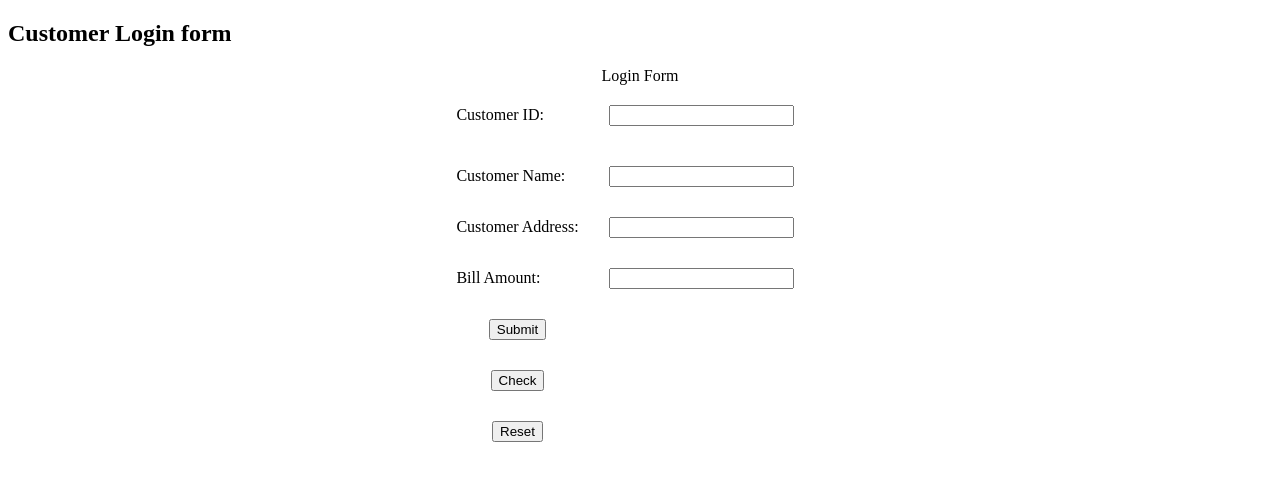
Repository: abhishek110597/Deloitte
Page: Workspace/JavaTraining/CustomerForm.html
An editor plug-in stored every save of this project. The page is shown before and after the next save, followed by the edit.
The browser window is 1280 px wide. The pictures show the whole page.

Above is the page before, as saved 2019-12-30 09:05:02.

### Workspace/JavaTraining/CustomerForm.html
<!DOCTYPE html>
<html>
<head>
<meta charset="ISO-8859-1">
<title>Customer login form</title>
<script type="text/javascript">
	function validate() {
		var customerId = document.getElementById("customerId").value
		var customerName = document.getElementById("customerName").value
		var customerAddress = document.getElementById("customerAddress").value
		var billAmount = document.getElementById("billAmount").value
		var errorCustomerId = document.getElementById("errorCustomerId")
		var errorCustomerName = document.getElementById("errorCustomerName")
		var errorCustomerAddress = document
				.getElementById("errorCustomerAddress")
		var errorbillAmount = document.getElementById("errorbillAmount")

		if (customerId == 0 || customerId.length < 6) {
			errorCustomerId.innerHTML = "<font color='red'>Invalid CustomerID, Must have atleast 6 characters"
		} else
			errorCustomerId.innerHTML = ""


		if (customerAddress == "Pune" || customerAddress == "Mumbai"|| customerAddress == "Delhi") {
			errorCustomerAddress.innerHTML = ""
		} else if (customerAddress == 0) {
			errorCustomerAddress.innerHTML = "<font color='red'>Enter the city"
		} else
			errorCustomerAddress.innerHTML = "<font color='red'>Invalid City"


		if (customerName == 0) {
			errorCustomerName.innerHTML = "<font color='red'>Invalid Customer Name"
		} else
			errorCustomerName.innerHTML = ""


		if (billAmount <=0) {
			errorbillAmount.innerHTML = "<font color='red'>Invalid Bill Amount"
		} else
			errorbillAmount.innerHTML = ""

	}
</script>
</head>
<body>
	<form>
		<h2>Customer Login form</h2>
		<table cellspacing="10" cellpadding="10" border="0" align="center">
			<caption>Login Form</caption>
			<tr>
				<td>Customer ID:</td>
				<td><input type="text" name="customerId" id="customerId" /></td>
				<td><span id="errorCustomerId"></span></td>
			</tr>
			<tr>
			<tr>
				<td>Customer Name:</td>
				<td><input type="text" name="customerName" id="customerName" /></td>
				<td><span id="errorCustomerName"></span></td>
			</tr>
			<tr>
				<td>Customer Address:</td>
				<td><input type="text" name="customerAddress"
					id="customerAddress" /></td>
				<td><span id="errorCustomerAddress"></span></td>
			</tr>
			<tr>
				<td>Bill Amount:</td>
				<td><input type="text" name="billAmount" id="billAmount" /></td>
				<td><span id="errorbillAmount"></span></td>
			</tr>
			<tr>
				<td align="center"><input type="submit" value="Submit"
					id="submit" /></td>
			</tr>
			<tr>
				<td align="center"><input type="button" value="Check" id="Go"
					onclick="validate()" /></td>
			</tr>
			<tr>
				<td align="center"><input type="reset" id="reset" /></td>
			</tr>
		</table>
	</form>
</body>
</html>

After the next save:
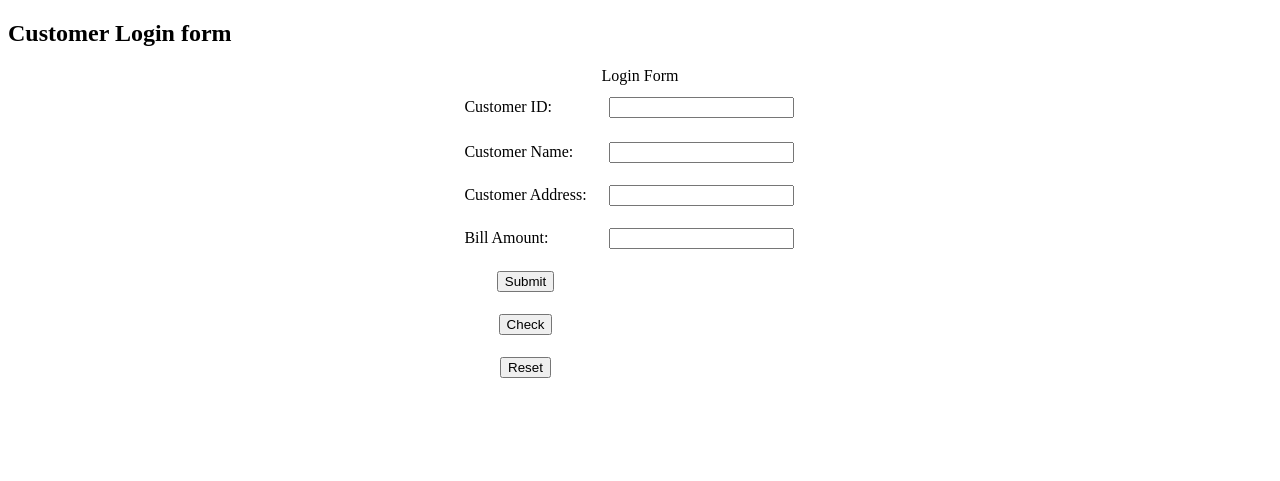
Saved 9 min 50 s later.
--- a/Workspace/JavaTraining/CustomerForm.html
+++ b/Workspace/JavaTraining/CustomerForm.html
@@ -46,7 +46,7 @@
 <body>
 	<form>
 		<h2>Customer Login form</h2>
-		<table cellspacing="10" cellpadding="10" border="0" align="center">
+		<table cellspacing="" cellpadding="10" border="0" align="center">
 			<caption>Login Form</caption>
 			<tr>
 				<td>Customer ID:</td>

After the save that followed:
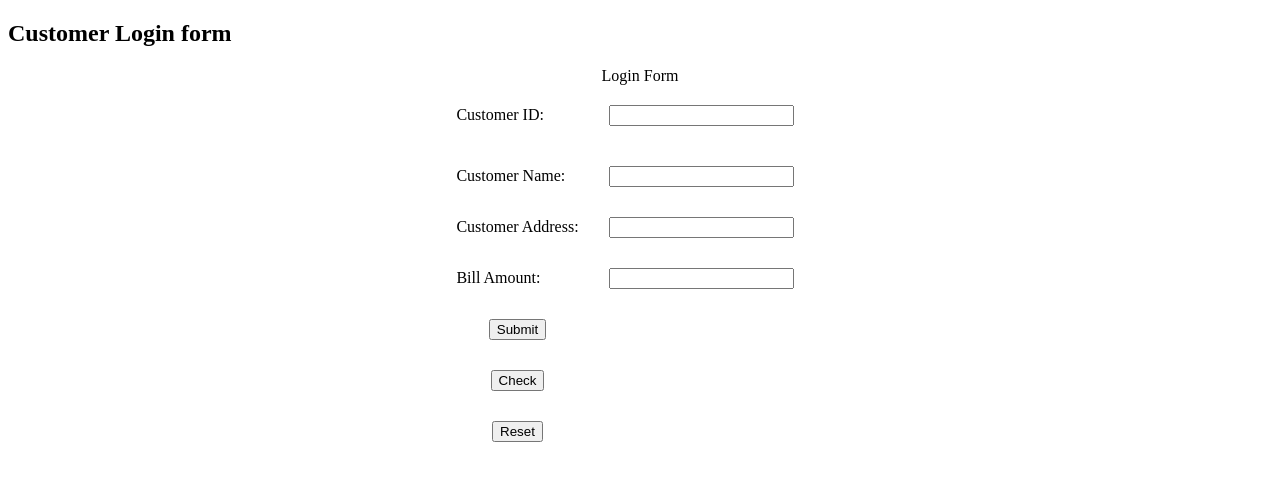
Saved 10 s later.
--- a/Workspace/JavaTraining/CustomerForm.html
+++ b/Workspace/JavaTraining/CustomerForm.html
@@ -46,7 +46,7 @@
 <body>
 	<form>
 		<h2>Customer Login form</h2>
-		<table cellspacing="" cellpadding="10" border="0" align="center">
+		<table cellspacing="10" cellpadding="10" border="0" align="center">
 			<caption>Login Form</caption>
 			<tr>
 				<td>Customer ID:</td>
